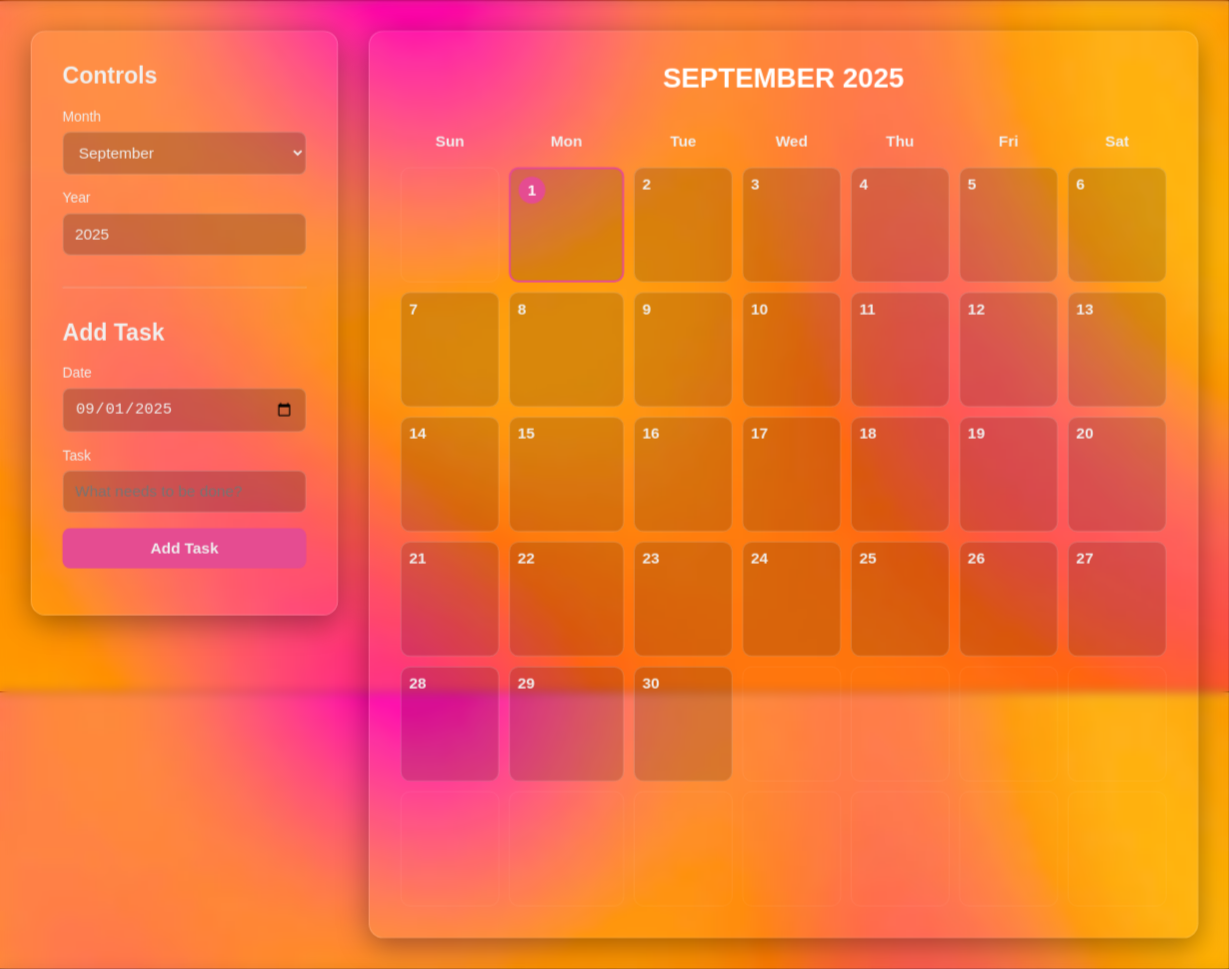
Repository: TanujaNair03/ToDo
Page: static/index.html
The author's editor kept a copy of each file at every save. The page is drawn from the files as they stood at one save, then again after the next save.
The browser window is 1280 px wide. The pictures show the whole page, at 96% of full size.
The page's requests for data from a server got no answer. Backgrounds fixed to the window are drawn as part of the page.

Above is the page before, as saved 2025-09-01 16:45:06.

After the next save:
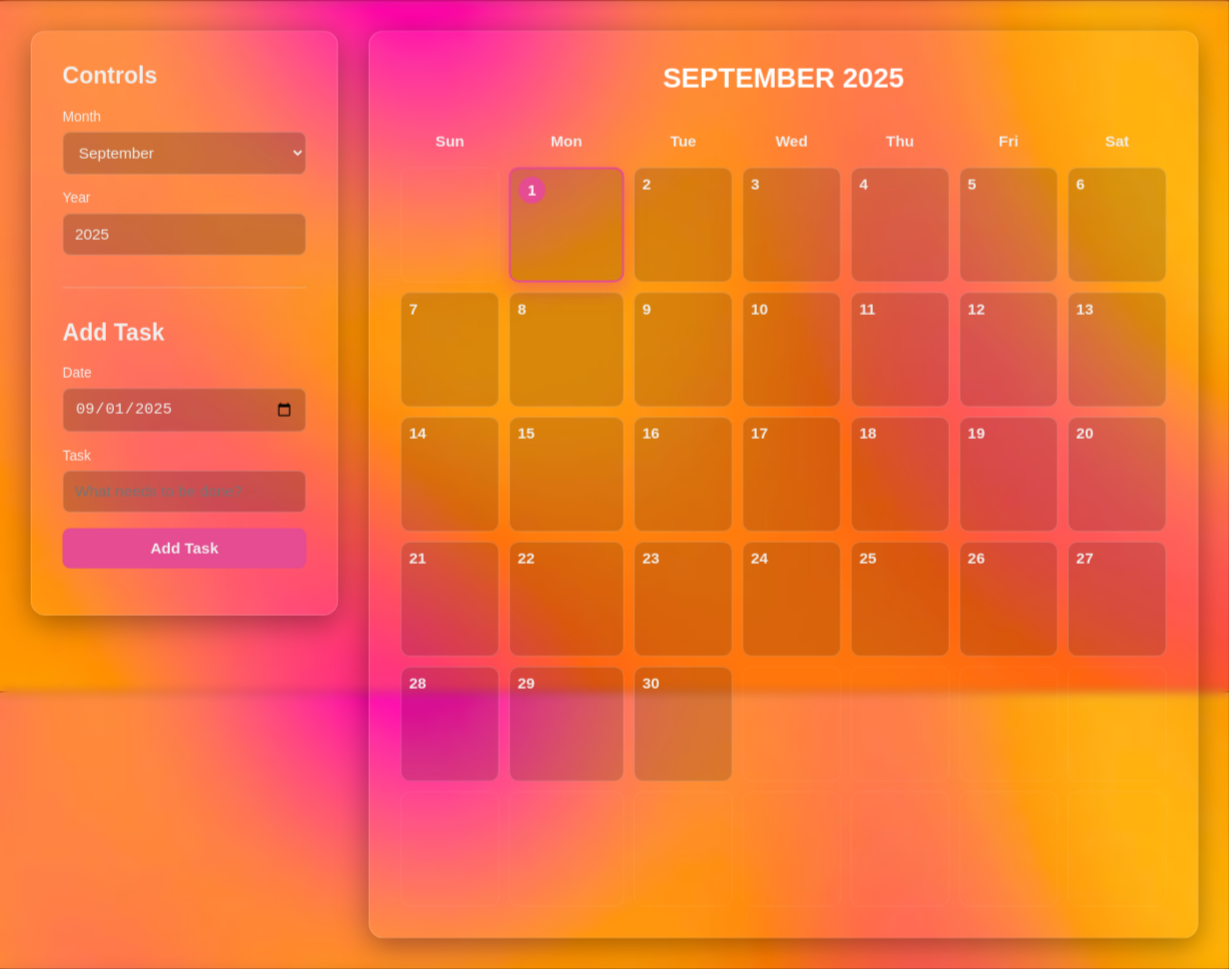
Saved 9 s later.
--- a/static/index.html
+++ b/static/index.html
@@ -121,6 +121,7 @@
             max-width: 200px;
             border: 1px solid var(--accent-primary);
             border-width: 2px;
+            box-shadow: 0 8px 20px rgba(229, 76, 145, 0.5);
         }
 
         .day-cell.expanded {
